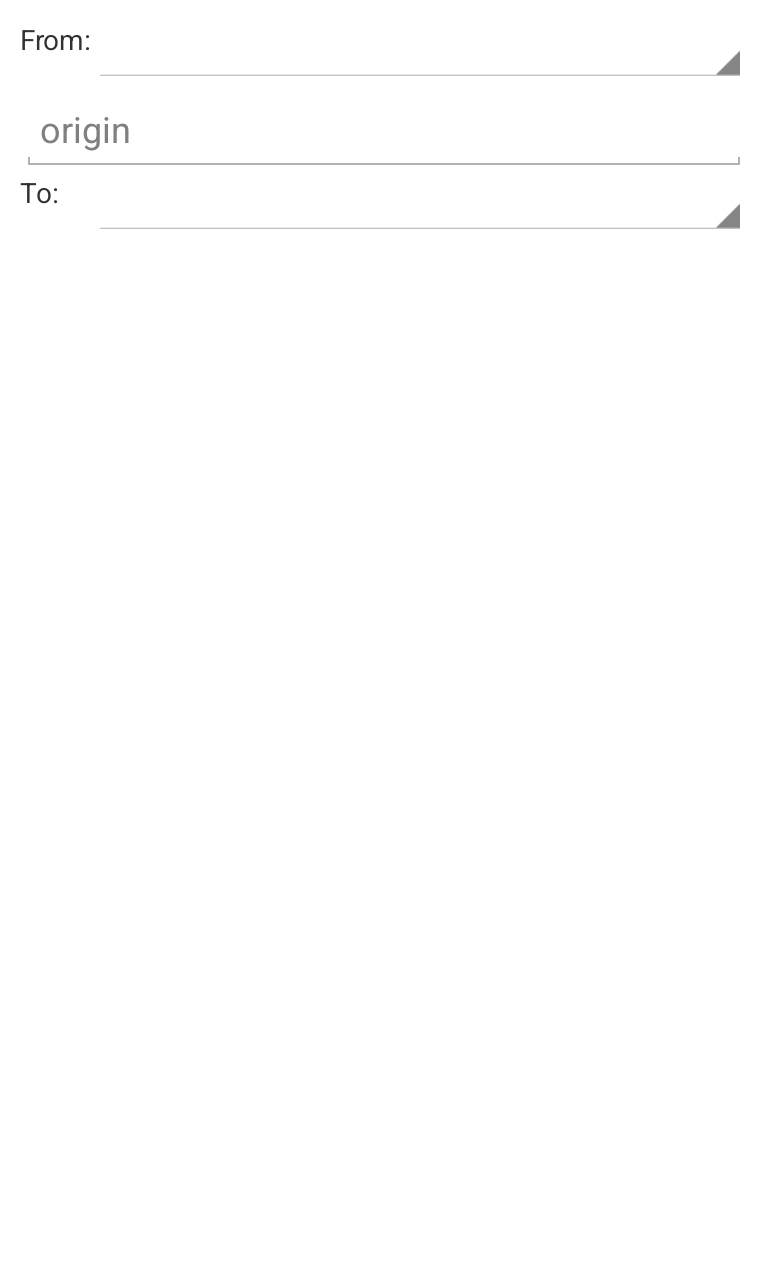
Repository: dogeyes/android_development
Layout: Translate/res/layout/activity_translate.xml
An editor plug-in stored every save of this project. The layout is shown before and after the next save, followed by the edit.
It is drawn on a 768 x 1280 px phone screen (xhdpi) without system bars, with theme AppTheme; the app's code is not run.

Above is the layout before, as saved 2013-04-21 10:46:46.

After the next save:
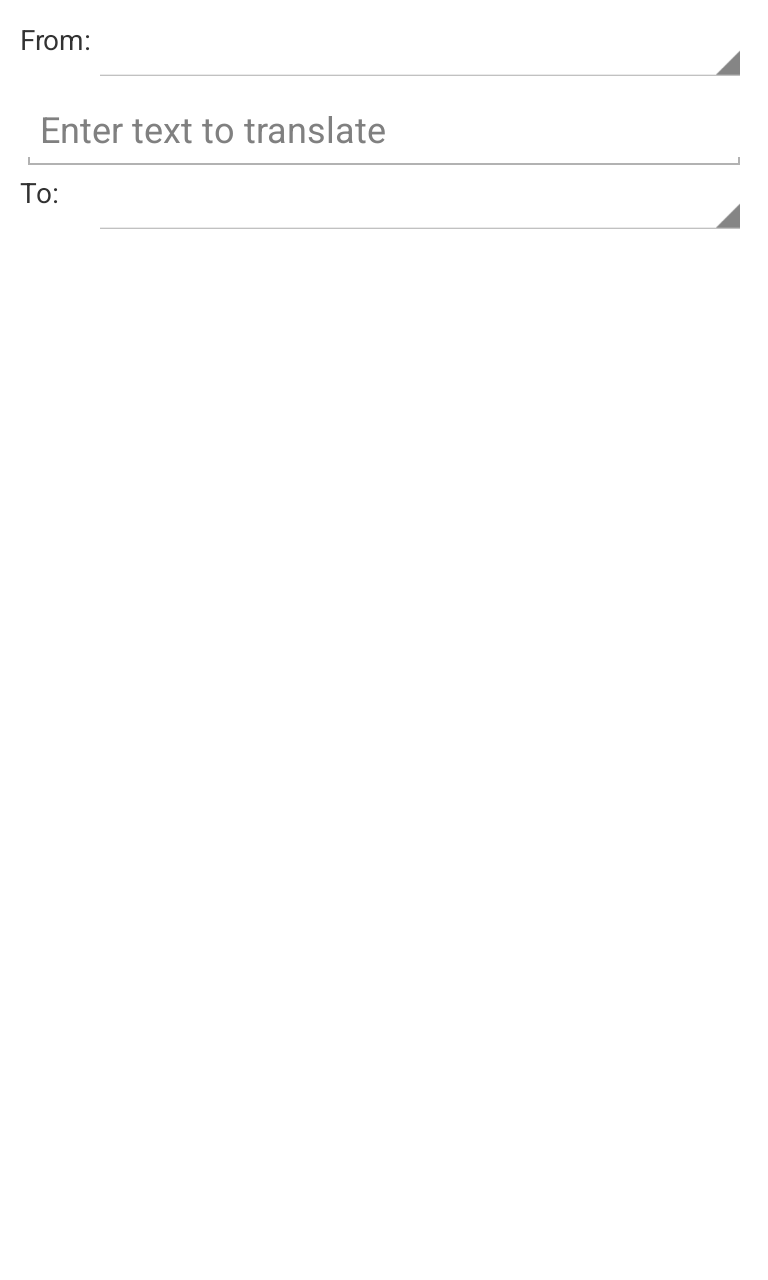
Saved 20 s later.
--- a/Translate/res/values/strings.xml
+++ b/Translate/res/values/strings.xml
@@ -7,7 +7,7 @@
     <string name="from_text">From:</string>
     <string name="to_text">To:</string>
     <string name="back_text">And back again:</string>
-    <string name="original_hint">origin</string>
+    <string name="original_hint">Enter text to translate</string>
     <string name="empty"></string>
     <string name="translating">Translating...</string>
     <string name="translation_error">translation_error</string>
